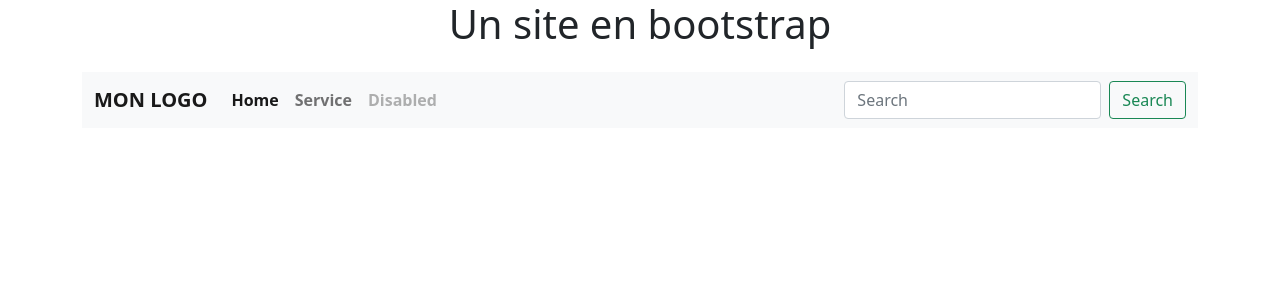
Repository: Elie-Dey/boot-start
Page: index.html
The author's editor kept a copy of each file at every save. The page is drawn from the files as they stood at one save, then again after the next save.
The browser window is 1280 px wide. The pictures show the whole page.

Above is the page before, as saved 2021-08-19 01:03:41.

After the next save:
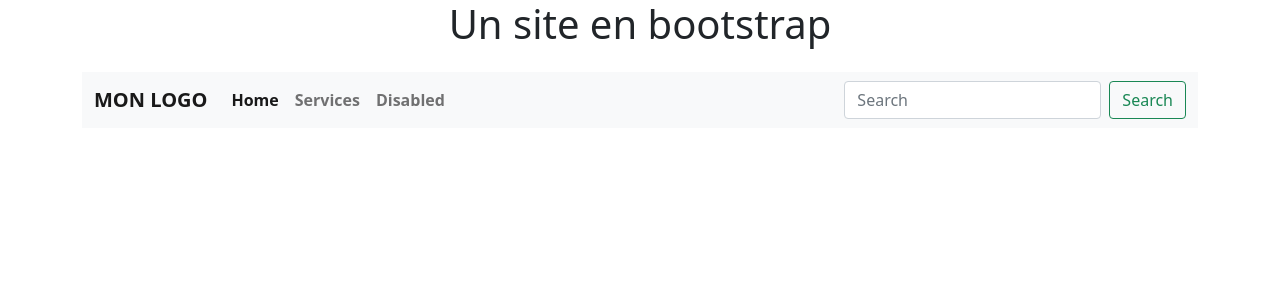
Saved 13 s later.
--- a/index.html
+++ b/index.html
@@ -37,15 +37,11 @@
                 <a class="nav-link active" aria-current="page" href="#">Home</a>
               </li>
               <li class="nav-item">
-                <a class="nav-link" href="#">Service</a>
+                <a class="nav-link" href="#">Services</a>
               </li>
 
               <li class="nav-item">
-                <a
-                  class="nav-link disabled"
-                  href="#"
-                  tabindex="-1"
-                  aria-disabled="true"
+                <a class="nav-link" href="#" tabindex="-1" aria-disabled="true"
                   >Disabled</a
                 >
               </li>
